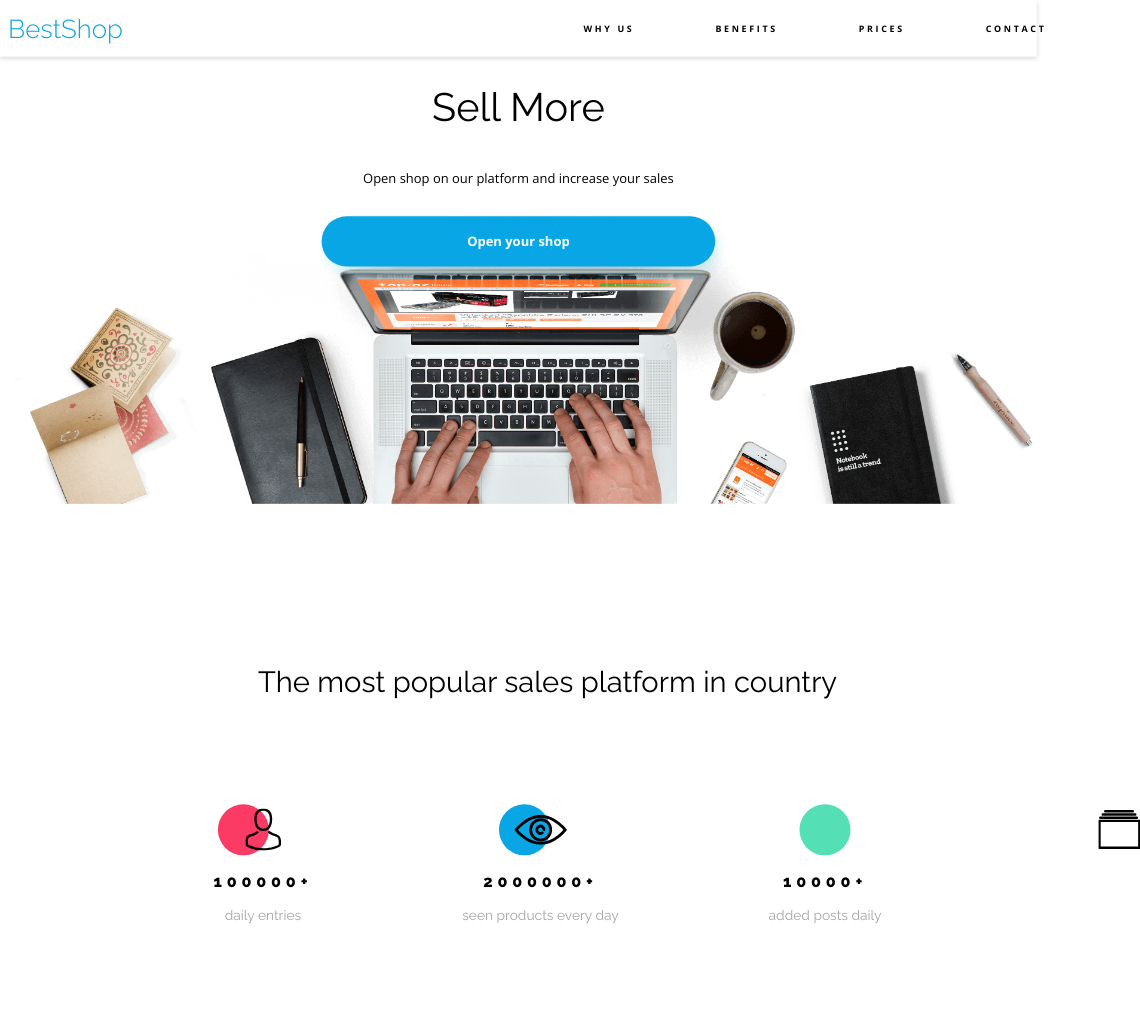
Repository: Widzisz/bestshop-website
Page: index.html
The author's editor kept a copy of each file at every save. The page is drawn from the files as they stood at one save, then again after a run of saves.
The browser window is 1280 px wide. The page is 1408 px wide, then 1352 px, so the pictures cover 1408 px, including what lies to the right of the window. The pictures show the whole page, at 81% of full size.

Above is the page before, as saved 2021-03-19 18:16:03.

After the next 2 saves:
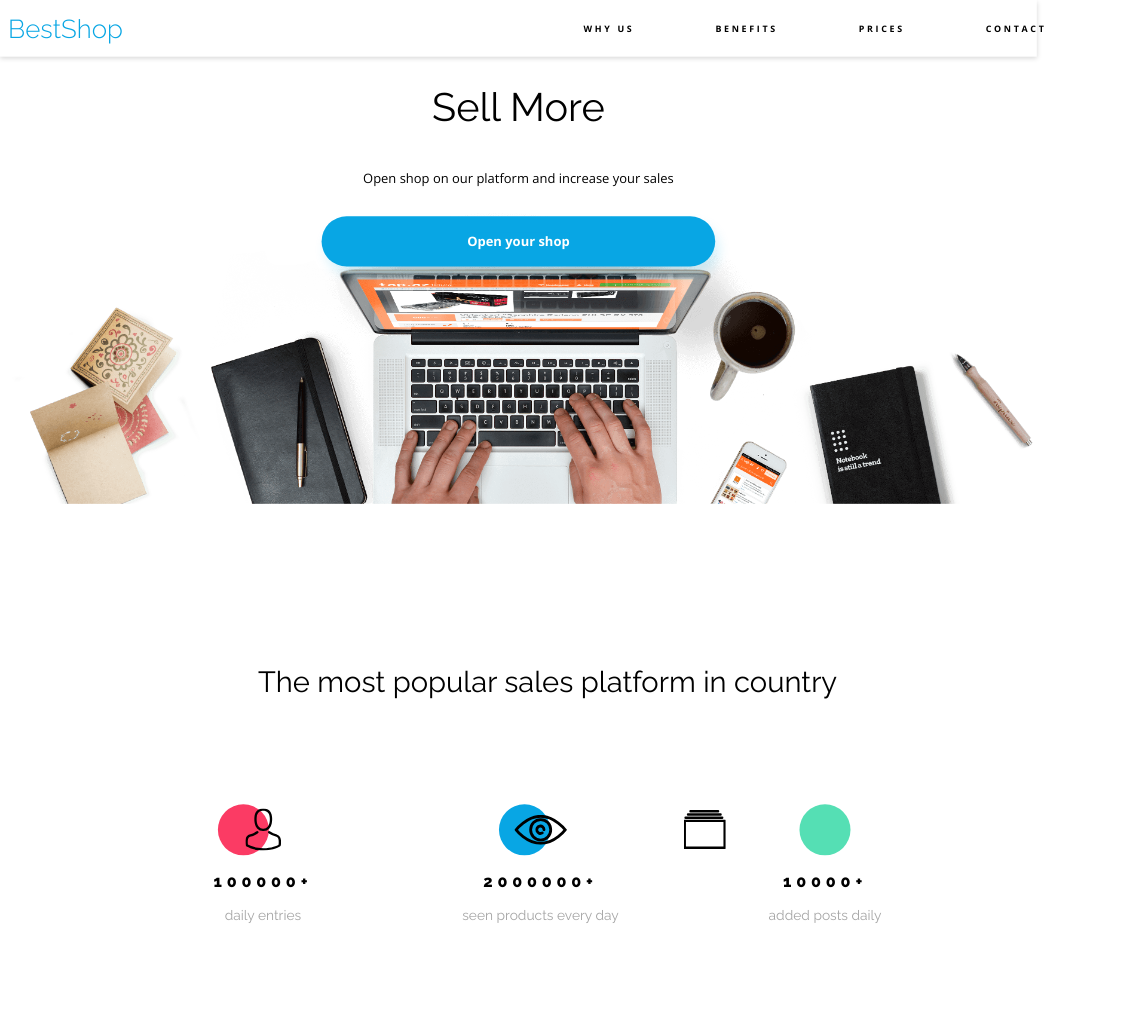
The 2 saves are shown as one change because they came seconds apart.
The last was saved 8 s later.
--- a/css/style.css
+++ b/css/style.css
@@ -229,7 +229,7 @@ body {
 }
 
 .statistics-icon-3 {
-    position: absolute; right: -10%;
+    position: absolute; right: 30%;
     z-index: 1;
 }
 
